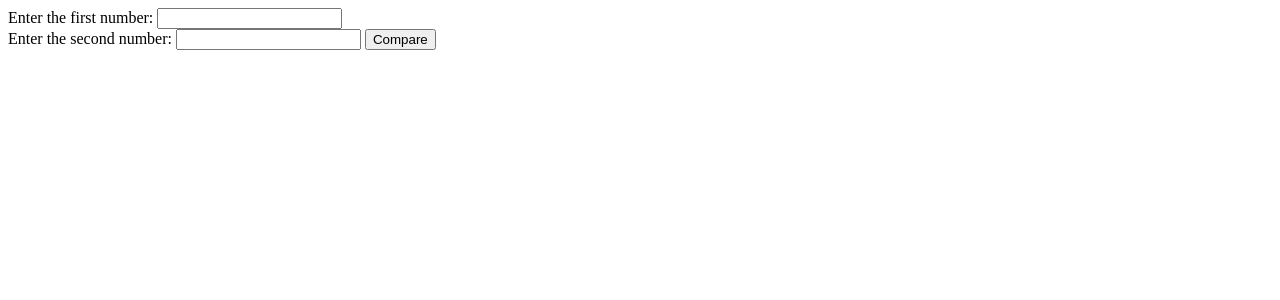
Repository: maliking/making
Page: http://localhost/challenges/challenge4/index.php
The author's editor kept a record of every edit. The page is drawn from the files as they stood at one moment, then again after the next edit.
The browser window is 1280 px wide. The pictures show the whole page.
The page is run by PHP 8.4 with error messages shown; the project is at /var/www/html/.

Above is the page before.

### challenges/challenge4/index.php
<!DOCTYPE html>
<html>

<head>
    <title> </title>
</head>

<body>
    Enter the first number: <input type="text" id="numOne" /><br>
    Enter the second number: <input type="text" id="numTwo" />
    <button onclick="compareNumber()" value="Compare" name="compare" id="compare">Compare</button>

    <h2 id="answer"></h2>
    <h2 id="error"></h2>
</body>

<script>
    var numOne;
    var numTwo;


    function compareNumber() {
        numOne = document.getElementById("numOne").value;
        numTwo = document.getElementById("numTwo").value;

        if ((numOne || numTwo) < 1) {
            document.getElementById("error").innerHTML = "Error. Please enter a number larger than 1. ";
            } else if ((numOne || numTwo) > 50) {
                document.getElementById("error").innerHTML = "Error. Please enter a number smaller than 50. ";
            } else {
                   if (numOne > numTwo) {
                    document.getElementById("answer").innerHTML = numOne + " is greater than " + numTwo;
                } else if (numTwo > numOne) {
                    document.getElementById("answer").innerHTML = numTwo + " is greater than " + numOne;
                } else {
                    document.getElementById("answer").innerHTML = numOne + " is equal to " + numTwo;
                }
            }

    }
</script>

</html>

After the next edit:
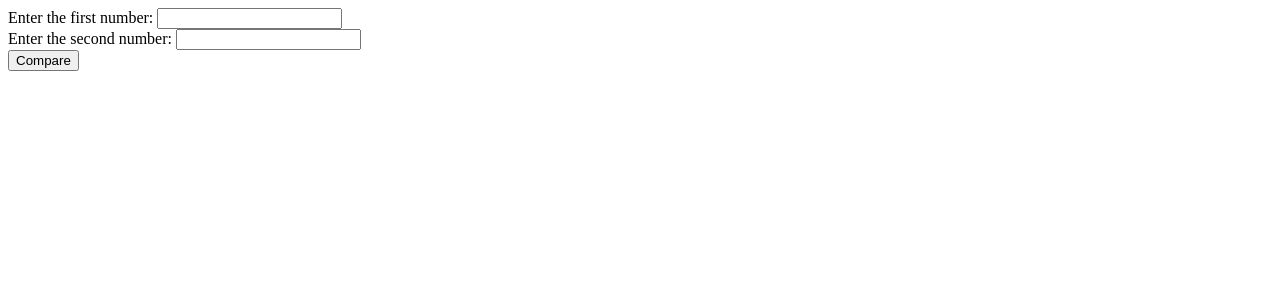
The edit:
--- a/challenges/challenge4/index.php
+++ b/challenges/challenge4/index.php
@@ -7,8 +7,8 @@
 
 <body>
     Enter the first number: <input type="text" id="numOne" /><br>
-    Enter the second number: <input type="text" id="numTwo" />
-    <button onclick="compareNumber()" value="Compare" name="compare" id="compare">Compare</button>
+    Enter the second number: <input type="text" id="numTwo" /><br>
+    <button onclick="compareNumber()" id="compare">Compare</button>
 
     <h2 id="answer"></h2>
     <h2 id="error"></h2>
